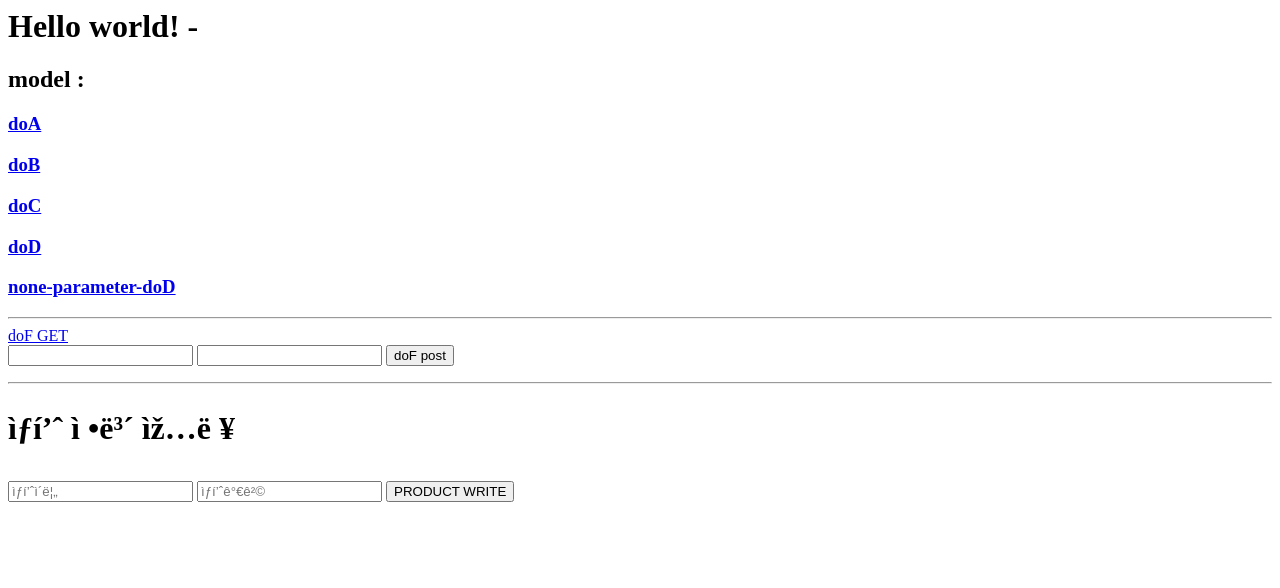
Repository: nanaball/springgg
Page: http://localhost/mvc_part01_controller/doC
An editor plug-in stored every save of this project. The page is shown before and after the next save, followed by the edit.
The browser window is 1280 px wide. The pictures show the whole page.
The page is served by Tomcat 9. Other server files are loaded and not shown. The template is opened directly, without the code that normally fills it, so the values that code supplies are empty.

Above is the page before, as saved 2024-02-05 06:31:20.

### workspace/mvc_part01_controller/src/main/webapp/WEB-INF/views/home.jsp
<%@ taglib uri="http://java.sun.com/jsp/jstl/core" prefix="c"%>
<%@ page session="true"%>
<html>
<head>
	<title>Home</title>
	<meta charset="UTF-8"/>
</head>
<body>
	<h1>Hello world! - ${sessionScope.test}</h1>
	<h2>model : ${requestScope.modelTest}</h2>
	<h3><a href="doA">doA</a></h3>
	<h3><a href="doB">doB</a></h3>
	<h3><a href="doC?msg=helloString">doC</a></h3>
	<h3><a href="doD?msg=helloString">doD</a></h3>
	<h3><a href="doD">none-parameter-doD</a></h3>

	<hr/>

	<a href = "doF">doF GET</a>
	<form action="doF" method="POST">
		<input type="text" name="name" required>
		<input type="number" name="age" required>
		<button>doF post</button>
	</form>

	<hr/>

	<h1>상품 정보 입력</h1>
	<form action = "productWrite" method="POST">
		<input type="text" name="name" placeholder="상품이름" required />
		<input type="number" name="price" placeholder="상품가격" required />
		<button>PRODUCT WRITE</button>
	</form>
</body>
</html>

After the next save:
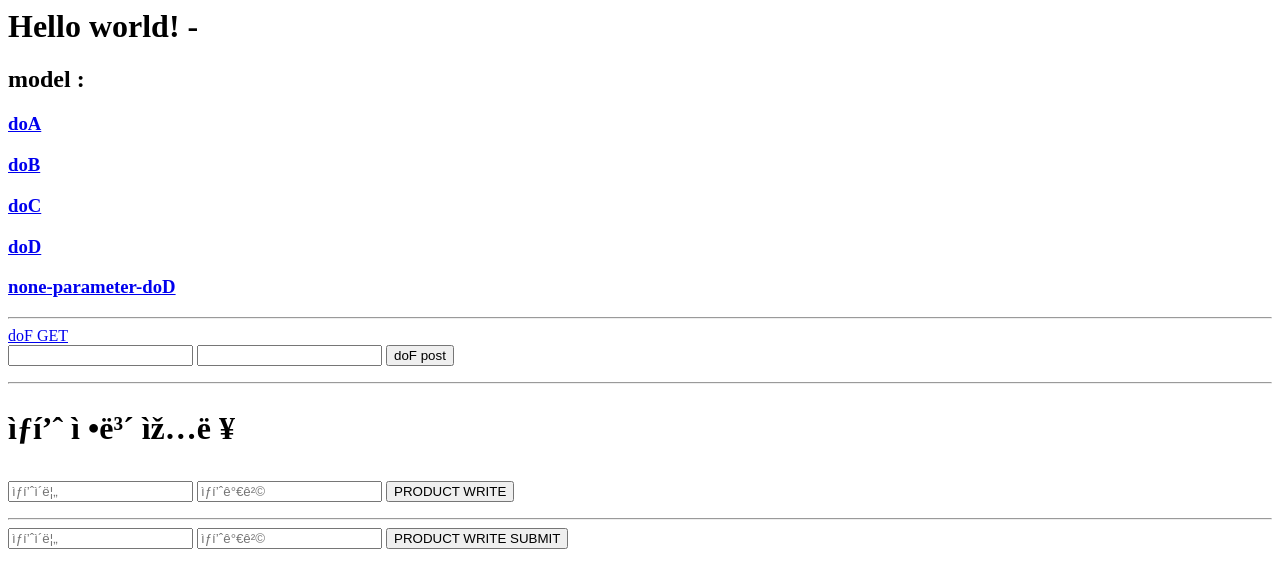
Saved 12 min 53 s later.
--- a/workspace/mvc_part01_controller/src/main/webapp/WEB-INF/views/home.jsp
+++ b/workspace/mvc_part01_controller/src/main/webapp/WEB-INF/views/home.jsp
@@ -31,5 +31,13 @@
 		<input type="number" name="price" placeholder="상품가격" required />
 		<button>PRODUCT WRITE</button>
 	</form>
+
+	<hr/>
+
+	<form action = "productWriteSubmit" method="POST">
+		<input type="text" name="name" placeholder="상품이름" required />
+		<input type="number" name="price" placeholder="상품가격" required />
+		<button>PRODUCT WRITE SUBMIT</button>
+	</form>
 </body>
 </html>
